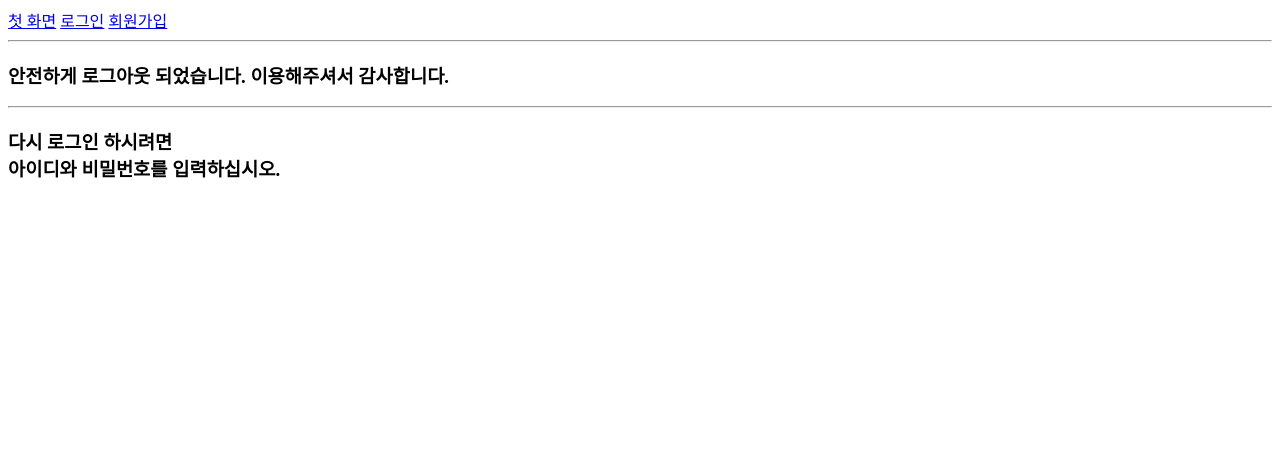
Repository: Gabintree/JDBC2019
Page: http://localhost/Oracle_20190522/logout.jsp
The author's editor kept a copy of each file at every save. The page is drawn from the files as they stood at one save, then again after the next save.
The browser window is 1280 px wide. The pictures show the whole page.
The page is served by Tomcat 9.

Above is the page before, as saved 2019-05-23 03:26:07.

After the next save:
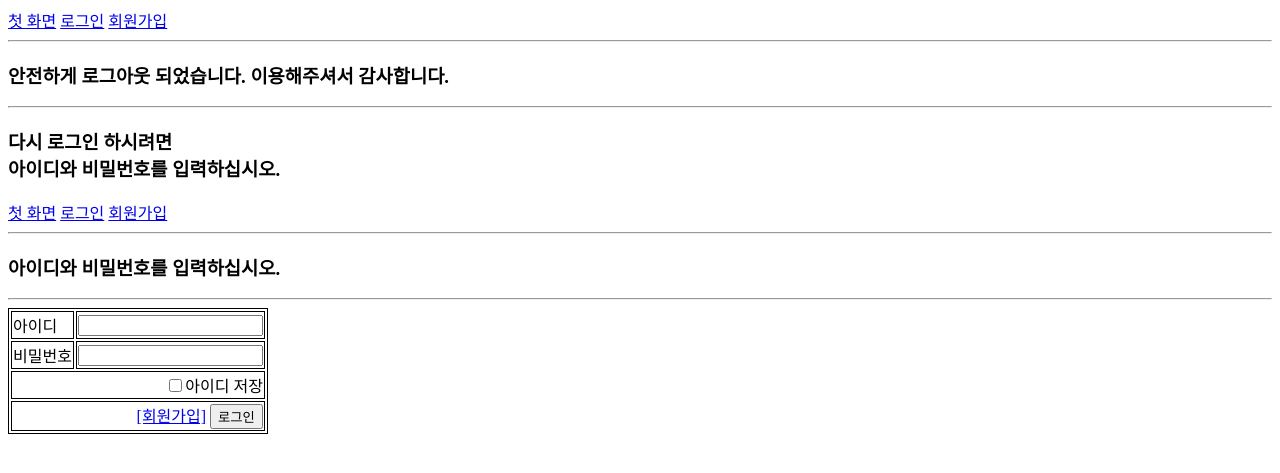
Saved 39 s later.
--- a/Oracle_20190522/WebContent/logout.jsp
+++ b/Oracle_20190522/WebContent/logout.jsp
@@ -14,6 +14,8 @@
 <h3>안전하게 로그아웃 되었습니다. 이용해주셔서 감사합니다.</h3>
 <hr>
 <h3>다시 로그인 하시려면<br>아이디와 비밀번호를 입력하십시오.</h3>
-
+<%
+	pageContext.include("login.jsp");
+%>
 </body>
 </html>
